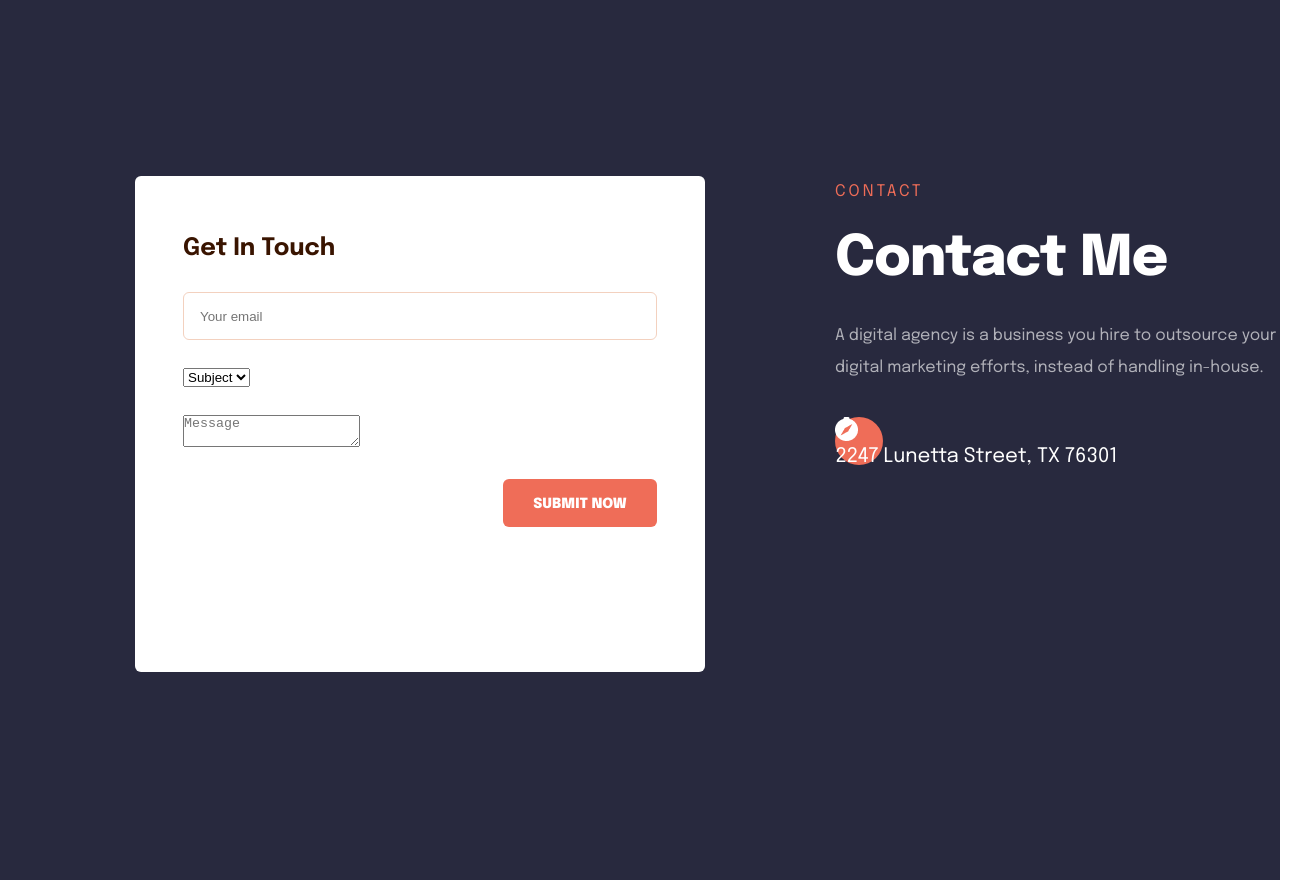
Repository: simralgasimov/contact-me
Page: index.html
An editor plug-in stored every save of this project. The page is shown before and after a run of saves, followed by the edit.
The browser window is 1280 px wide. The page is 1305 px wide, so the pictures cover 1305 px, including what lies to the right of the window. The pictures show the whole page.

Above is the page before, as saved 2023-10-04 13:27:51.

After the next 2 saves:
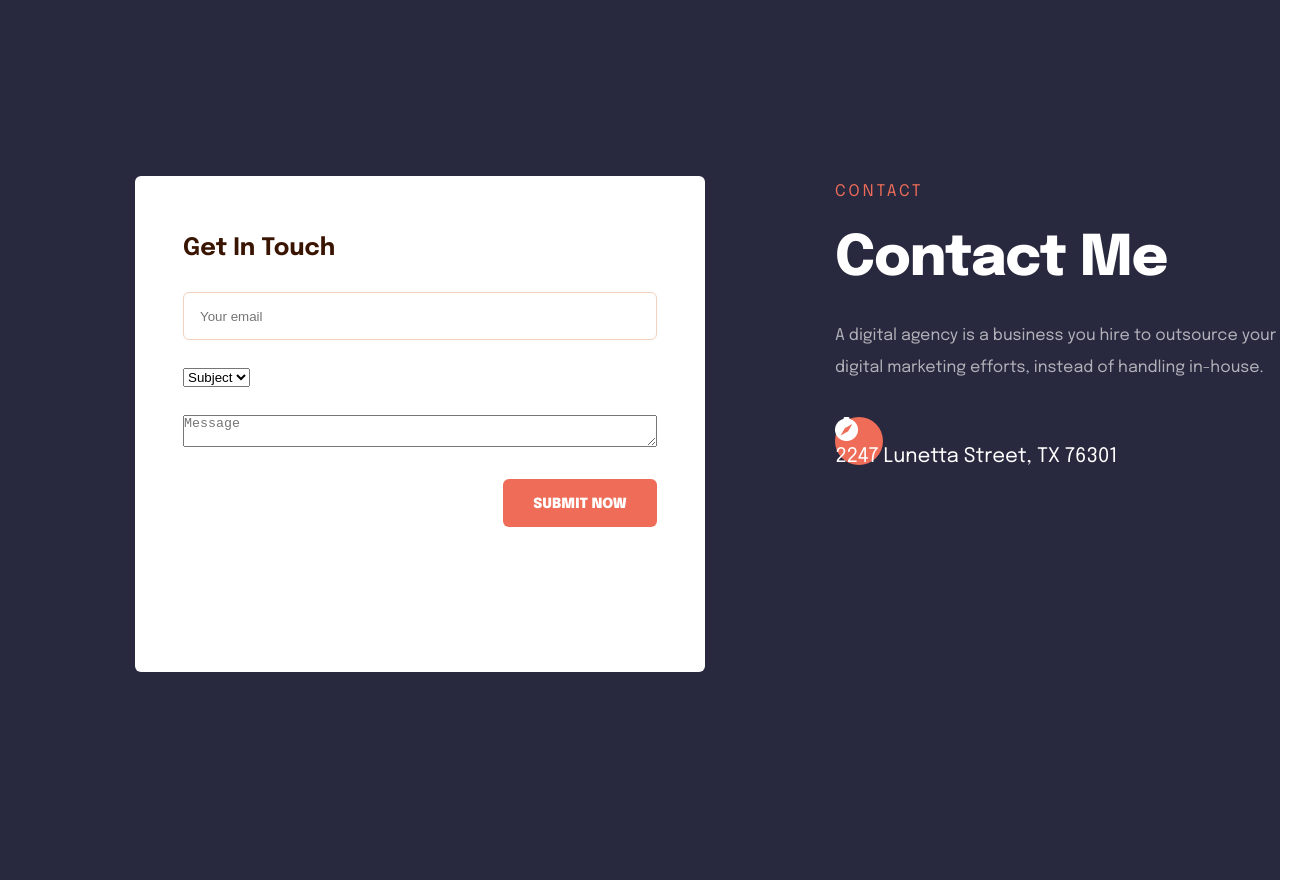
The 2 saves are shown as one change because they came seconds apart.
The last was saved 7 s later.
--- a/index.css
+++ b/index.css
@@ -46,8 +46,9 @@
 .container  form {
   padding: 57px 48px 48px 48px;
 }
+.container input,
+.container textarea,
 .container input
-.container input,
 {
   width: 100%;
 }
